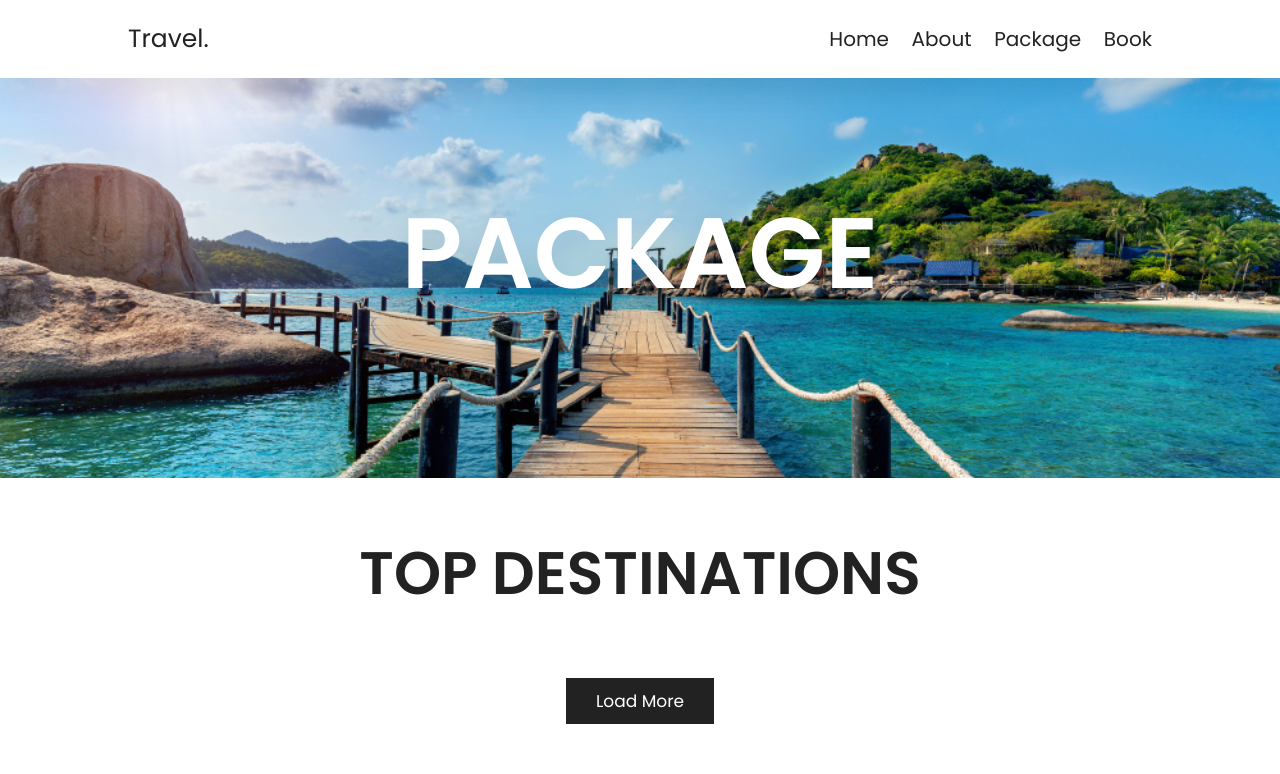
Repository: CTCuong/Traveloka-Web
Page: assets/package.html
The author's editor kept a copy of each file at every save. The page is drawn from the files as they stood at one save, then again after the next save.
The browser window is 1280 px wide. The pictures show the part of the page from y = 0 to 774 px (the page is 1420 px tall before and 1856 px after).
Pictures or frames that could not be fetched are drawn as grey boxes. Backgrounds fixed to the window are drawn as part of the page.

Above is the page before, as saved 2023-07-08 00:44:57.

After the next save:
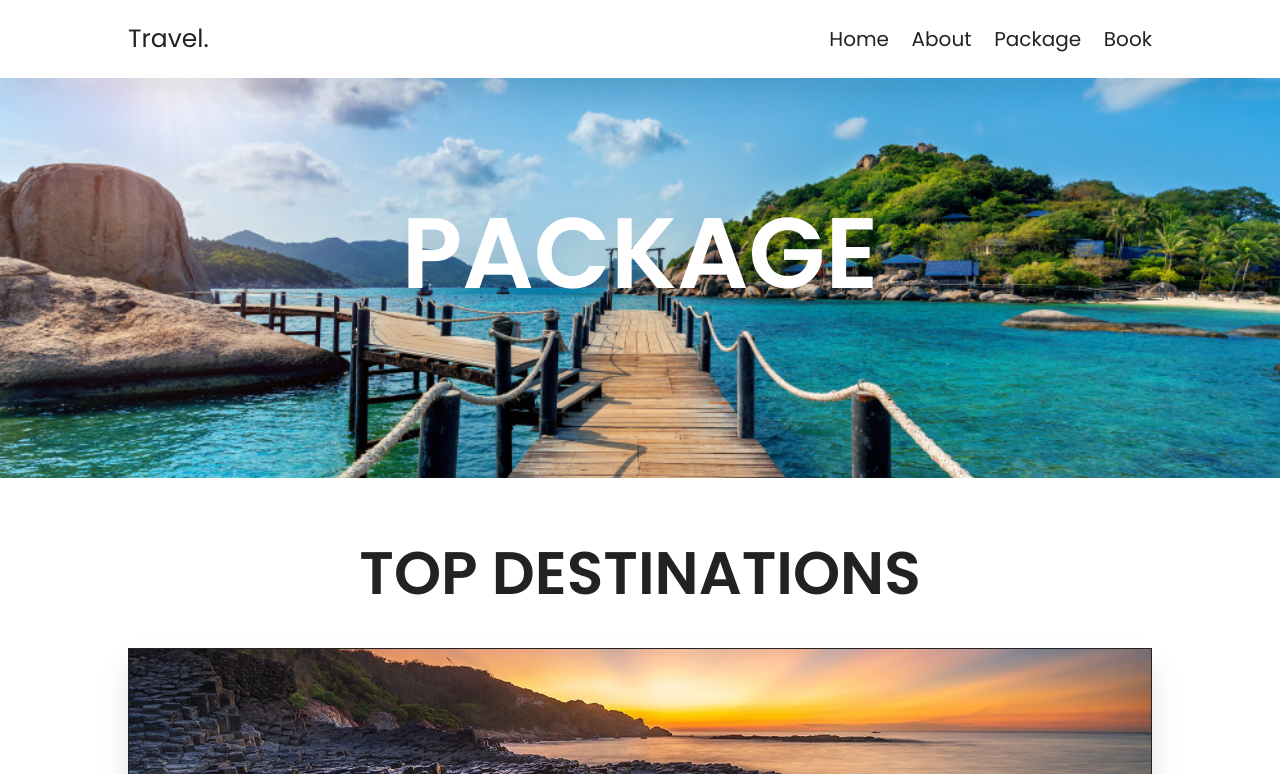
Saved 105 s later.
--- a/assets/css/style.css
+++ b/assets/css/style.css
@@ -418,6 +418,15 @@ section {
     display: none;
 }
 
+.packages .box-container .box:nth-child(1),
+.packages .box-container .box:nth-child(1),
+.packages .box-container .box:nth-child(1),
+.packages .box-container .box:nth-child(1),
+.packages .box-container .box:nth-child(1),
+.packages .box-container .box:nth-child(1){
+    display: inline-block;
+}
+
 .packages .box-container {
     display: grid;
     grid-template-columns: repeat(auto-fit, minmax(30rem, 1fr));
